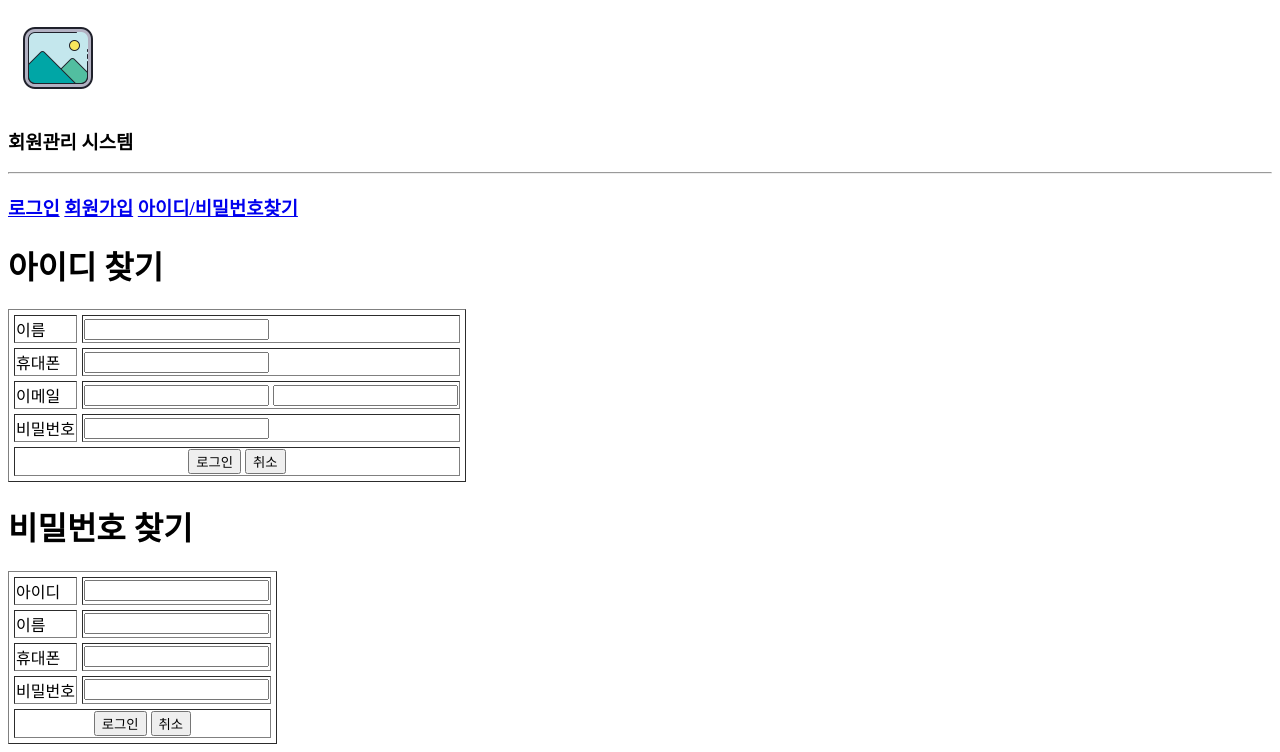
Repository: jelly02/workspace_web
Page: 02.html_form_table/src/main/webapp/findMember.html
The author's editor kept a copy of each file at every save. The page is drawn from the files as they stood at one save, then again after the next save.
The browser window is 1280 px wide. The pictures show the whole page.

Above is the page before, as saved 2021-06-24 03:41:54.

### 02.html_form_table/src/main/webapp/findMember.html
<!DOCTYPE html PUBLIC "-//W3C//DTD HTML 4.01 Transitional//EN" "http://www.w3.org/TR/html4/loose.dtd">
<html>
<head>
<meta http-equiv="Content-Type" content="text/html; charset=UTF-8">
<title>Insert title here</title>
</head>
<body>

<a href="index.html"><img src = "img/icon.png"></a>

	<h3>회원관리 시스템</h3>
		<hr>

		<h3>
			<a href="login.html">로그인</a>
			<a href="joinMember.html">회원가입</a>
			<a href="findMember.html">아이디/비밀번호찾기</a>
		</h3>

		<h1>아이디 찾기</h1>

			<table border="1" cellspacing="5px" cellpading="5px">
					<form action = "result.html" method = "post">

					<tr>
						<td>이름</td>
						<td><input type = "text" name="name"></td>
					</tr>

					<tr>
						<td>휴대폰</td>
						<td><input type = "text" name="phone"></td>
					</tr>

					<tr>
						<td>이메일 </td>
							<td>
								<input type = "text" name="email1">
								<input type = "text" name="email2">
							</td>
					</tr>

					<tr>
						<td>비밀번호</td>
						<td><input type = "password" name="memberPw"></td>
					</tr>



					<tr>
						<td colspan="2" align="center">
							<input type = "submit" value = "로그인" >
							<input type = "reset" value = "취소">
						</td>
					</tr>


					</form>
			</table>


		<h1>비밀번호 찾기</h1>

			<table border="1" cellspacing="5px" cellpading="5px">
					<form action = "result.html" method = "post">

					<!-- 아이디 -->

					<tr>
						<td>아이디</td>
						<td><input type = "text" name="memberId"></td>
					</tr>

					<tr>
						<td>이름</td>
						<td><input type = "text" name="name"></td>
					</tr>

					<tr>
						<td>휴대폰</td>
						<td><input type = "text" name="phone"></td>
					</tr>

					<tr>
						<td>비밀번호</td>
						<td><input type = "password" name="memberPw"></td>
					</tr>



					<tr>
						<td colspan="2" align="center">
							<input type = "submit" value = "로그인" >
							<input type = "reset" value = "취소">
						</td>
					</tr>


					</form>
			</table>

</body>
</html>

After the next save:
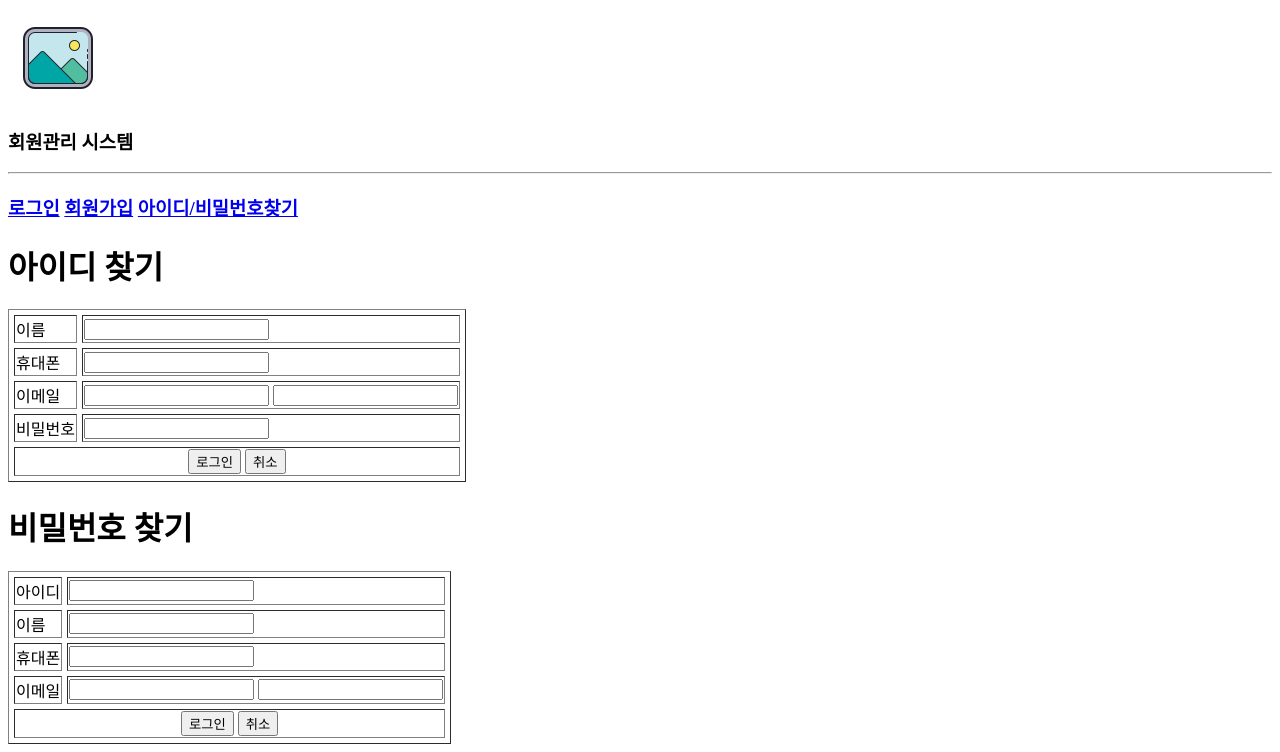
Saved 3 s later.
--- a/02.html_form_table/src/main/webapp/findMember.html
+++ b/02.html_form_table/src/main/webapp/findMember.html
@@ -82,10 +82,12 @@
 					</tr>
 
 					<tr>
-						<td>비밀번호</td>
-						<td><input type = "password" name="memberPw"></td>
+						<td>이메일 </td>
+							<td>
+								<input type = "text" name="email1">
+								<input type = "text" name="email2">
+							</td>
 					</tr>
-
 
 
 					<tr>
